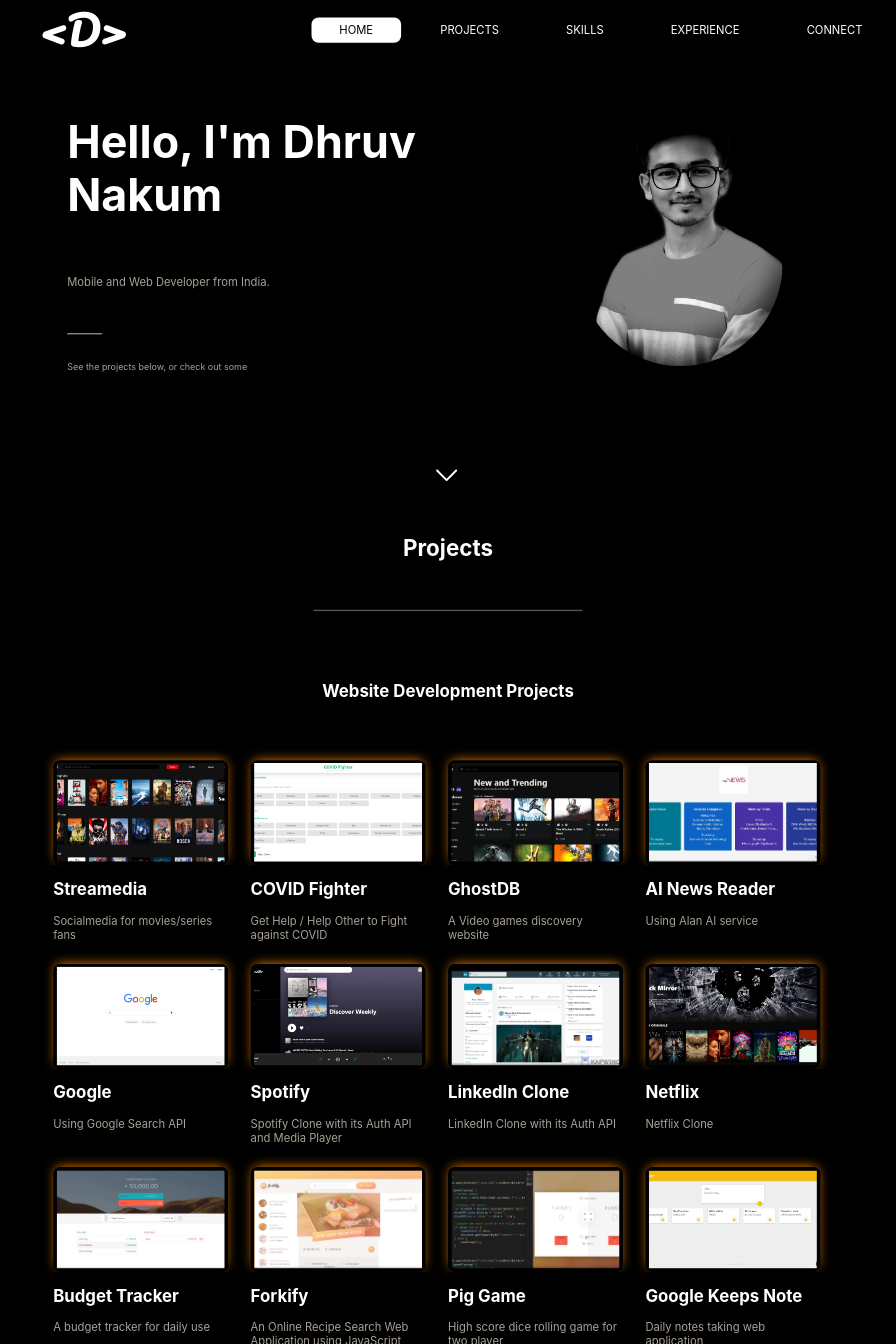
Repository: red-star25/next-portfolio
Page: /
The author's editor kept a copy of each file at every save. The page is drawn from the files as they stood at one save, then again after the next save.
The browser window is 1280 px wide. The pictures show the part of the page from y = 0 to 1920 px (the page is 5386 px tall), at 70% of full size.
The project was rebuilt for these pictures with package versions that can differ from the ones it lists, and the page was loaded fresh each time. The framework's server and built-in components were replaced by stand-ins that run in the browser.

Above is the page before, as saved 2023-11-06 11:19:38.

### styles/globals.css
@import url("https://fonts.googleapis.com/css2?family=Ubuntu&display=swap");

html,
body {
  scroll-behavior: smooth;

  padding: 0;
  margin: 0;
  font-family: -apple-system, BlinkMacSystemFont, "Ubuntu", Segoe UI, Roboto,
    Oxygen, Ubuntu, Cantarell, Fira Sans, Droid Sans, Helvetica Neue, sans-serif;
}

a {
  color: inherit;
  text-decoration: none;
}

* {
  box-sizing: border-box;
  background-color: black;
}

/* width */
::-webkit-scrollbar {
  width: 15px;
}

/* Track */
::-webkit-scrollbar-track {
  background: white;
}

/* Handle */
::-webkit-scrollbar-thumb {
  background: grey;
}

/* Handle on hover */
::-webkit-scrollbar-thumb:hover {
  background: #555;
}

### styles/App.module.css
.app {
  width: 100%;
  overflow: hidden;
}

.app__home {
  margin-top: 4em;
  height: 70vh;
  width: 100%;
  display: flex;
  align-items: center;
  justify-content: flex-start;
}

.app__scrollDownIndicator {
  display: flex;
  justify-content: center;
  align-items: center;
  padding: 1em 0;
  background-color: black;
  margin-top: 5em;
}
.app__scrollDownIndicator > img {
  height: 30px;
  width: 30px;
}

@media only screen and (max-width: 520px) {
  .app__scrollDownIndicator {
    margin-top: 1em;
  }
}

### component/Header/Header.jsx
import styles from "../../styles/Header.module.css";
import React, { useEffect, useRef, useState } from "react";
import { motion } from "framer-motion";

function Header({ isVisible }) {
  const [selectedLink, setSelectedLink] = useState("home");
  const [isMenuOpen, setIsMenuOpen] = useState(false);
  const [headerClass, setHeaderClass] = useState(styles.header);
  const [headerLogoClass, setHeaderLogoClass] = useState(styles.header__logo);

  const onLinkClicked = (linkName) => {
    if (linkName === "home") {
      window.scrollTo(0, 0);
    }
    setSelectedLink(linkName);
  };

  return (
    <div className={headerClass}>
      {headerClass === styles.header__mob ? (
        <div></div>
      ) : (
        <motion.h1
          animate={{
            x: 0,
            opacity: 1,
            transition: {
              duration: 0.5,
              type: "tween",
              delay: 0.2,
            },
          }}
          initial={{
            opacity: 0,
            x: -100,
          }}
          className={styles.header__logo}
        >
          {"<D>"}
        </motion.h1>
      )}

      <div
        onClick={() => {
          setIsMenuOpen(!isMenuOpen);
          if (headerClass === styles.header__mob) {
            setHeaderClass(styles.header);
          } else {
            setHeaderClass(styles.header__mob);
          }
          if (headerLogoClass === styles.header__logo) {
            setHeaderLogoClass(styles.header__logo__mob);
          } else {
            setHeaderLogoClass(styles.header__logo);
          }
          document
            .querySelector(".header__mobile__links")
            .classList.toggle(styles.open);
        }}
        className={`header__mobile__links ${styles.header__mobile__links} ${styles.header__logo__center} `}
      >
        <motion.img
          src={!isMenuOpen ? "/images/menu.png" : "/images/cancel.png"}
          alt=""
          animate={{
            opacity: 1,
            transition: {
              duration: 0.5,
              type: "tween",
            },
            x: 0,
          }}
          initial={{
            opacity: 0,
            x: +200,
          }}
        />
        {isMenuOpen ? (
          <div className={styles.menuLinks}>
            <ul>
              <li>
                <a
                  onClick={() => onLinkClicked("home")}
                  id={selectedLink === "home" ? styles.selectedLink : ""}
                  href="#home"
                >
                  HOME
                </a>
              </li>
              <li>
                <a
                  onClick={() => onLinkClicked("project")}
                  id={selectedLink === "project" ? styles.selectedLink : ""}
                  href="#project"
                >
                  PROJECTS
                </a>
              </li>
              <li>
                <a
                  onClick={() => onLinkClicked("skills")}
                  id={selectedLink === "skills" ? styles.selectedLink : ""}
                  href="#skills"
                >
                  SKILLS
                </a>
              </li>
              <li>
                <a
                  onClick={() => onLinkClicked("experience")}
                  id={selectedLink === "experience" ? styles.selectedLink : ""}
                  href="#experience"
                >
                  EXPERIENCE
                </a>
              </li>
              <li>
                <a
                  onClick={() => onLinkClicked("connect")}
                  id={selectedLink === "connect" ? styles.selectedLink : ""}
                  href="#connect"
                >
                  CONNECT
                </a>
              </li>
            </ul>
          </div>
        ) : (
          <div></div>
        )}
      </div>
      <div className={styles.header__links}>
        <motion.a
          animate={{
            opacity: 1,
            transition: {
              duration: 0.5,
              type: "tween",
            },
          }}
          initial={{
            opacity: 0,
          }}
          onClick={() => {
            onLinkClicked("home");
            window.scrollTo(0, 0);
          }}
          id={selectedLink === "home" ? styles.selectedLink : ""}
          href="#home"
        >
          HOME
        </motion.a>
        <motion.a
          animate={{
            opacity: 1,
            transition: {
              duration: 0.5,
              type: "tween",
              delay: 0.1,
            },
          }}
          initial={{
            opacity: 0,
          }}
          onClick={() => onLinkClicked("project")}
          id={selectedLink === "project" ? styles.selectedLink : ""}
          href="#project"
        >
          PROJECTS
        </motion.a>
        <motion.a
          animate={{
            opacity: 1,
            transition: {
              duration: 0.5,
              type: "tween",
              delay: 0.2,
            },
          }}
          initial={{
            opacity: 0,
          }}
          onClick={() => onLinkClicked("skills")}
          id={selectedLink === "skills" ? styles.selectedLink : ""}
          href="#skills"
        >
          SKILLS
        </motion.a>
        <motion.a
          animate={{
            opacity: 1,
            transition: {
              duration: 0.5,
              type: "tween",
              delay: 0.2,
            },
          }}
          initial={{
            opacity: 0,
          }}
          onClick={() => onLinkClicked("experience")}
          id={selectedLink === "experience" ? styles.selectedLink : ""}
          href="#experience"
        >
          EXPERIENCE
        </motion.a>
        <motion.a
          animate={{
            opacity: 1,
            transition: {
              duration: 0.5,
              type: "tween",
              delay: 0.3,
            },
          }}
          initial={{
            opacity: 0,
          }}
          onClick={() => onLinkClicked("connect")}
          id={selectedLink === "connect" ? styles.selectedLink : ""}
          href="#connect"
        >
          CONNECT
        </motion.a>
      </div>
    </div>
  );
}

export default Header;

### component/Home/Home.jsx
import React from "react";
import styles from "../../styles/Home.module.css";

import { motion } from "framer-motion";

function Home() {
  return (
    <div className={styles.home}>
      <motion.div
        className={styles.home__left}
        animate={{
          x: 0,
          opacity: 1,
          transition: {
            duration: 0.5,
            type: "tween",
          },
        }}
        initial={{
          opacity: 0,
          x: -100,
        }}
      >
        <div className={styles.home__title}>
          <h1>
            Hello, I'm Dhruv
            <br />
            Nakum
          </h1>
        </div>
        <div className={styles.home__subtitle}>
          <p>Mobile and Web Developer from India.</p>
        </div>
        <div className={styles.separator}></div>
        <div className={styles.home__subtitle2}>
          <p>See the projects below, or check out some</p>
        </div>
      </motion.div>
      <motion.div
        className={styles.home__right}
        animate={{
          opacity: 1,
          transition: {
            duration: 1,
            type: "tween",
          },
        }}
        initial={{
          opacity: 0,
        }}
      >
        <img src="/images/b&w.png" alt="" />
      </motion.div>
    </div>
  );
}

export default Home;

### component/Skills/Skills.jsx
import React, { useEffect } from "react";
import styles from "../../styles/Skills.module.css";
import { PieChart } from "react-minimal-pie-chart";
import Aos from "aos";
import "aos/dist/aos.css";

function Skills() {
  const skillsData = [
    {
      title: "Flutter",
      color: "#E38627",
      value: 20,
      width: "100%",
    },
    {
      title: "Dart",
      color: "#C13C37",
      value: 15,
      width: "90%",
    },
    {
      title: "React.js",
      color: "#6A2135",
      value: 10,
      width: "80%",
    },
  ];
  const skillsData2 = [
    {
      title: "Html",
      color: "#2b2e4a",
      value: 30,
      width: "100%",
    },
    {
      title: "Css",
      color: "#e84545",
      value: 30,
      width: "90%",
    },
    {
      title: "JavaScript",
      color: "#903749",
      value: 40,
      width: "90%",
    },
  ];

  useEffect(() => {
    Aos.init({ duration: 1500 });
  }, []);
  return (
    <div className={styles.skills}>
      <h1 data-aos="zoom-in">Skills</h1>
      <div data-aos="zoom-in" className={styles.skills__seperator}></div>
      <div className={styles.skills__main1}>
        <div data-aos="fade-right" className={styles.skillsMain__left}>
          {skillsData.map((skill) => {
            return (
              <div className={styles.skillMain__item}>
                <h3>{skill.title}</h3>
                <div
                  className={styles.skillMain__counter}
                  style={{ width: skill.width, backgroundColor: skill.color }}
                ></div>
              </div>
            );
          })}
        </div>
        <div data-aos="fade-left" className={styles.skillsMain__right}>
          <PieChart className={styles.pie_chart} data={skillsData} />;
        </div>
      </div>
      <div className={styles.skills__main2}>
        <div data-aos="fade-right" className={styles.skillsMain__left}>
          <PieChart className={styles.pie_chart} data={skillsData2} />;
        </div>
        <div data-aos="fade-left" className={styles.skillsMain__right}>
          {skillsData2.map((skill) => {
            return (
              <div className={styles.skillMain2__item}>
                <h3>{skill.title}</h3>
                <div
                  className={styles.skillMain__counter}
                  style={{ width: skill.width, backgroundColor: skill.color }}
                ></div>
              </div>
            );
          })}
        </div>
      </div>
    </div>
  );
}

export default Skills;

### component/Connect/Connect.jsx
import React, { useEffect } from "react";
import styles from "../../styles/Connect.module.css";
import Aos from "aos";
import "aos/dist/aos.css";
function Connect() {
  useEffect(() => {
    Aos.init({ duration: 1000 });
  }, []);
  return (
    <div className={styles.connect}>
      <h1 data-aos="zoom-in">Connect</h1>
      <div data-aos="zoom-in" className={styles.connect__seperator}></div>
      <div className={styles.connect__details}>
        <div data-aos="fade-right" className={styles.connectDetails__1}>
          <h1 id={styles.name}>DHRUV NAKUM</h1>
          <p id={styles.profession}>Mobile and Web Developer</p>
          <span id={styles.residency}>• India</span>
        </div>
        <div data-aos="fade-right" className={styles.connectDetails__2}>
          <p id={styles.connectText}>
            If you are thinking about hiring me or would like to discuss a
            project, get in touch with me at
          </p>
          <p id={styles.email}>nakumdhruv123@gmail.com</p>
        </div>
        <div className={styles.connect__social}>
          <a
            href="https://www.linkedin.com/in/dhruv-nakum-4b1054176/"
            target="_blank"
          >
            LINKED IN
          </a>
          <p>/</p>

          <a href="https://twitter.com/dhruv_nakum" target="_blank">
            TWITTER
          </a>
          <p>/</p>

          <a href="https://github.com/red-star25" target="_blank">
            GITHUB
          </a>
        </div>
      </div>
    </div>
  );
}

export default Connect;

### styles/Header.module.css
@import url("https://fonts.googleapis.com/css2?family=Pacifico&display=swap");

.header {
  display: flex;
  justify-content: space-between;
  align-items: center;
  width: 100%;
  height: 12vh;
  position: fixed;
  background-color: transparent;
  z-index: 99;
}

h1.header__logo {
  color: white;
  font-size: 3.5rem;
  margin-left: 1em;
  font-family: "Pacifico", cursive;
  background-color: transparent;
}

.header__links {
  background-color: transparent;
}

.header__links > a {
  width: fit-content;
  text-decoration: none;
  color: white;
  padding: 0.5em 2.5em;
  margin: 0 0.5em;
  transition: 0.5s;
  background-color: transparent;
  border-radius: 10px;
}

.header__links :hover {
  background-color: white;
  color: black;
  border-radius: 10px;
}

#selectedLink {
  background-color: white;
  color: black;
}

.header__mobile__links {
  display: none;
}

@media only screen and (max-width: 520px) {
  h1.header__logo {
    font-size: 3.5rem;
  }
  .header {
    z-index: unset;
  }
}

@media only screen and (max-width: 880px) {
  .header {
    position: unset;
    z-index: unset;
  }
  .header__mob {
    margin-left: -1em;
    margin-top: -1em;
    height: 100vh;
    flex-direction: column;
    display: flex;
    justify-content: center;
    align-items: center;
    width: 100%;
  }

  .header__mobile__links {
    display: flex;
    justify-content: center;
    align-items: center;
    width: 100%;
    flex-direction: column;
    clip-path: circle(100px at 90% -10%);
    -webkit-clip-path: circle(100px at 90% -10%);
    transition: all 1s ease-out;
  }

  .header__mobile__links.open {
    clip-path: circle(1000px at 90% -10%);
    -webkit-clip-path: circle(1000px at 90% -10%);
  }

  .menuLinks > ul {
    list-style-type: none;
  }

  .menuLinks li {
    color: white;
    font-size: 1rem;
    text-align: center;
    margin: 4.5em 0px;
    transition: 0.3s;
  }

  .menuLinks > ul > li :hover {
    color: black;
    background-color: white;
  }

  .header__logo__center > img {
    align-self: flex-end;
    margin-right: 5em;
  }

  .header__logo__mob {
    display: none;
  }

  .header__mobile__links > img {
    height: 30px;
    width: 30px;
  }

  .header__links {
    display: none;
  }

  #selectedLink {
    background-color: white;
    color: black;
    margin: 0em 2em;
    border-radius: 10px;
  }

  .menuLinks a {
    width: fit-content;
    text-decoration: none;
    color: white;
    padding: 0.2em 2em;
    margin: 0 0.5em;
    transition: 0.5s;
    background-color: black;
    border-radius: 10px;
    font-size: 2rem;
  }
}

### styles/Home.module.css
.home {
  margin: 2em 0em 0em 5em;
  padding: 1em;
  display: flex;
  height: 100%;
  width: 100%;
}

.home__title > h1 {
  color: white;
  font-size: 4em;
}

.home__subtitle > p {
  padding-top: 1em;
  color: #a8a196;
}

.home__subtitle2 > p {
  padding-top: 2em;
  color: #a8a196;
  font-size: 0.8rem;
}

.separator {
  margin-top: 3em;
  border-top: 2px solid #a8a196;
  width: 50px;
}

.home__left {
  height: 100%;
  display: flex;
  width: 50%;
  align-items: flex-start;
  justify-content: center;
  flex-direction: column;
}
.home__right {
  width: 50%;
  display: flex;
  align-items: center;
  justify-content: center;
}

.home__right > img {
  width: 50%;
  border-radius: 150px;
}

@media only screen and (max-width: 520px) {
  .home {
    margin-left: 3em;
    margin-top: -3em;
  }

  .home__left {
    width: 100%;
  }

  .home__right {
    display: none;
  }
}

@media only screen and (max-width: 880px) {
  .home__left {
    width: 100%;
  }

  .home__right {
    display: none;
  }
}

### styles/Project.module.css
.project {
  display: flex;
  flex-direction: column;
  align-items: center;
  justify-content: center;
}

.project > h1 {
  padding-top: 1em;
  color: white;
  align-self: center;
}

.projectCard {
  height: 150px;
  width: 250px;
  border-radius: 10px;
  padding: 0.3em;
  margin-right: 2em;
  /* margin-bottom: 1em; */
  -webkit-box-shadow: 0px -3px 17px -4px rgba(255, 136, 0, 1);
  -moz-box-shadow: 0px -3px 17px -4px rgba(255, 136, 0, 1);
  box-shadow: 0px -3px 17px -4px rgba(255, 136, 0, 1);
}

.project__seperator {
  width: 30%;
  border-top: 1px solid white;
  margin-top: 3em;
  margin-bottom: 5em;
}

.project__listOfProject {
  margin-top: 4em;
  display: flex;
  flex-wrap: wrap;
  justify-content: center;
}

.project__web,
.project__mobile > h2 {
  color: white;
}

.project__web {
  display: flex;
  flex-direction: column;
  justify-content: center;
  align-items: center;
  width: 90%;
}

.project__mobile {
  margin-top: 5em;
  width: 90%;
  display: flex;
  flex-direction: column;
  justify-content: center;
  align-items: center;
}

.projectCard__main {
  margin-bottom: 1em;
  display: flex;
  flex-direction: column;
}

.projectCard__title > h2 {
  color: white;
  width: 250px;
}

.projectCard__subTitle {
  color: #a8a196;
  width: 250px;
  margin-top: -1em;
}

### styles/Skills.module.css
.skills {
  display: flex;
  flex-direction: column;
  align-items: center;
  justify-content: center;
  margin-top: 5em;
  margin-bottom: 10em;
  margin-left: auto;
  margin-right: auto;
  width: 80%;
}

.skills > h1 {
  color: white;
}

.skills__seperator {
  width: 30%;
  border-top: 1px solid white;
  margin-top: 3em;
  margin-bottom: 5em;
}

.skillMain__item {
  padding-bottom: 2em;
  display: flex;
  flex-direction: column;
  width: 100%;
}

.skillMain2__item {
  align-items: flex-end;
  padding-bottom: 2em;
  display: flex;
  flex-direction: column;
  width: 100%;
}

.skillMain__item > h3,
.skillMain2__item > h3 {
  color: white;
  margin-bottom: 2em;
}

.skills__main1,
.skills__main2 {
  display: flex;
  width: 100%;
}

.skills__main2 {
  margin-top: 5em;
}

.skillsMain__left {
  width: 50%;
  margin: auto;
}
.skillsMain__right {
  width: 50%;
  margin: auto;
}
.skillMain__counter {
  height: 10px;
  width: 70%;
  background-color: red;
  border-radius: 10px;
}

.pie_chart {
  width: 100%;
  height: 280px;
}

@media only screen and (max-width: 720px) {
  .pie_chart {
    height: 200px;
  }
}
@media only screen and (max-width: 520px) {
  .skills__main1,
  .skills__main2 {
    display: flex;
    flex-direction: column;
  }

  .skills__main1 {
    flex-direction: column-reverse;
  }

  .skillsMain__left,
  .skillsMain__right {
    width: 70%;
  }

  .skillMain2__item {
    align-items: flex-start;
  }
  .skills {
    width: 100%;
  }
}

### styles/Connect.module.css
.connect {
  display: flex;
  flex-direction: column;
  width: 90%;
  margin: auto;
}

.connect > h1 {
  color: white;
  align-self: center;
}

.connect__seperator {
  width: 30%;
  align-self: center;
  border-top: 1px solid white;
  margin-top: 3em;
  margin-bottom: 5em;
}

#name {
  color: white;
  padding-bottom: 0.7em;
}
#profession {
  color: #a8a196;
  padding-bottom: 0.5em;
}

#residency {
  font-size: small;
  margin-top: 2em;
  color: #a8a196;
}

.connectDetails__1,
.connectDetails__2 {
  margin-bottom: 5em;
  margin-left: 5em;
}

#connectText {
  color: #a8a196;
  width: 30%;
  margin-bottom: 1em;
}

#email,
#mobile {
  color: white;
  font-weight: bold;
}

.connect__social {
  margin-bottom: 5em;
  display: flex;
  margin-left: 5em;
}

.connect__social > a {
  text-decoration: none;
  color: white;
  font-size: small;
}

.connect__social > p {
  margin: 0px 2em;
  color: #a8a196;
  font-size: smaller;
}

@media only screen and (max-width: 520px) {
  #connectText {
    width: 90%;
  }

  .connectDetails__1,
  .connectDetails__2 {
    margin-left: 3em;
  }

  .connect__social > p {
    margin: 0px 1em;
  }
  .connect__social {
    margin-left: 3em;
  }
}

### styles/Experience.module.css
.experience {
  display: flex;
  flex-direction: column;
  align-items: center;
  justify-content: center;
  margin-top: 5em;
  margin-bottom: 10em;
  margin-left: auto;
  margin-right: auto;
  width: 80%;
  color: white;
  list-style: none;
}

.experience > h1 {
  color: white;
}

.experience__seperator {
  width: 30%;
  border-top: 1px solid white;
  margin-top: 3em;
  margin-bottom: 5em;
}

.experience__data {
  display: flex;
}

.experience__data > ul {
  list-style: none;
}

.company__position {
  font-weight: bold;
  font-size: large;
  margin-bottom: 0.5em;
  color: antiquewhite;
}

.company__duration {
  color: gainsboro;
  font-size: smaller;
  margin-top: 0.5em;
}

@media only screen and (max-width: 520px) {
  .experience__data {
    flex-direction: column;
  }
}

@media only screen and (max-width: 720px) {
  .experience__data {
    flex-direction: column;
  }
}

Loaded but not shown: pages/_app.js (common file); component/Experience/Experience.js (47 lines, source omitted); pages/index.js (43 lines, source omitted); component/Project/Project.jsx (218 lines, source omitted)

After the next save:
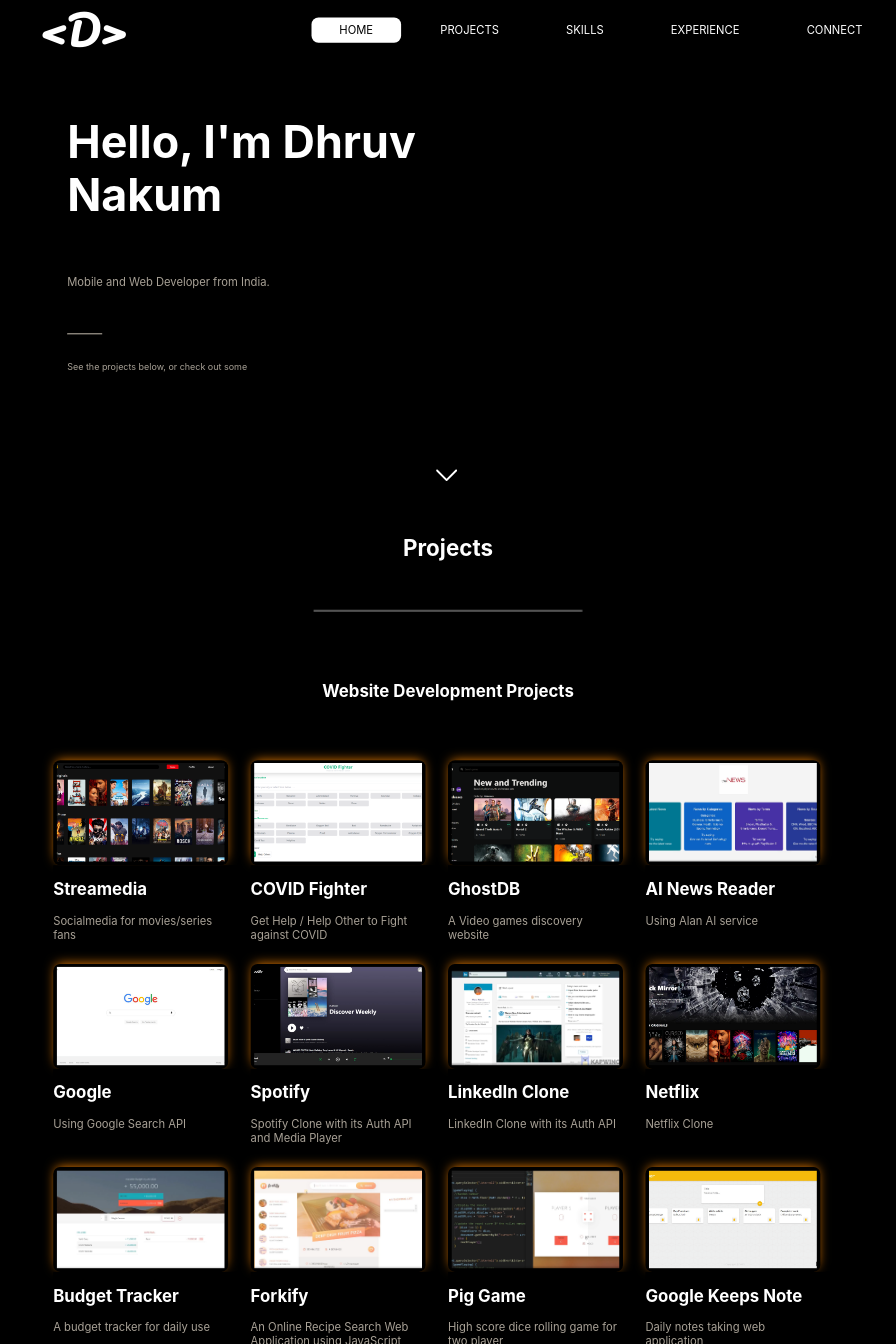
Saved 4 s later.
--- a/component/Home/Home.jsx
+++ b/component/Home/Home.jsx
@@ -36,7 +36,7 @@
           <p>See the projects below, or check out some</p>
         </div>
       </motion.div>
-      <motion.div
+      {/* <motion.div
         className={styles.home__right}
         animate={{
           opacity: 1,
@@ -50,7 +50,7 @@
         }}
       >
         <img src="/images/b&w.png" alt="" />
-      </motion.div>
+      </motion.div> */}
     </div>
   );
 }
